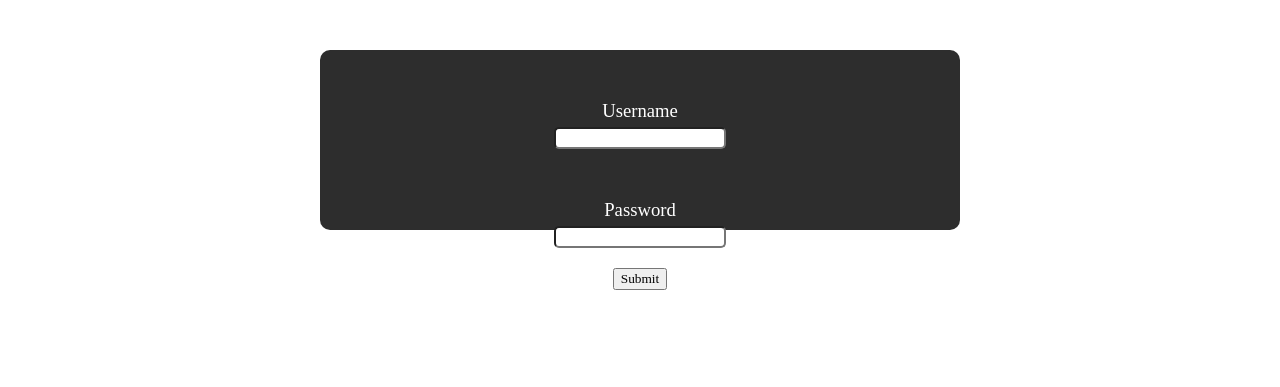
Repository: rdf004/playfab_blackjack
Page: /
These files come from the project's save history. The page is drawn as it stood at one moment and after the next save; the edit follows.
The browser window is 1280 px wide. The pictures show the whole page.
Some web fonts or font styles are not loaded; a fallback is used. The project was rebuilt for these pictures with package versions that can differ from the ones it lists, and the page was loaded fresh each time. Also part of the build but not shown: src/Components/App.js.

Above is the page before, as saved 2020-05-07 20:28:18.

### src/index.js
import React from 'react';
import ReactDOM from 'react-dom';
import './Style/style.css';
import App from './Components/App';
import Login from './Components/Login';
import * as serviceWorker from './serviceWorker';

ReactDOM.render(
  <React.StrictMode>
    <Login />
  </React.StrictMode>,
  document.getElementById('root')
);

// If you want your app to work offline and load faster, you can change
// unregister() to register() below. Note this comes with some pitfalls.
// Learn more about service workers: https://bit.ly/CRA-PWA
serviceWorker.unregister();

### src/Style/style.css
.login-page {

}

.login-div {
    background-color: #2D2D2D;
    width: 50vw;
    height: 25vh;
    display: grid;
    text-align: center;
    grid-template-columns: 100%;
    margin: auto;
    margin-top: 50px;

    border-radius: 10px;
}

.form-div {
    margin-top: 50px;
}

.login-form {
    margin: auto;
}

.login-item {
    margin: auto;
    color: white;
}

.login-button {
    margin: 20px auto;
}

.login-input {
    border-radius: 5px;
}

.login-field {
    margin: 5px;
    font-size: 14pt;
}


html, body {
    margin:0;
    padding:0;
    width:100%;
    height:100%;
    overflow: auto;
}

@font-face {
    font-family: "San Francisco";
    font-weight: 400;
    src: url("https://applesocial.s3.amazonaws.com/assets/styles/fonts/sanfrancisco/sanfranciscodisplay-regular-webfont.woff");
}

* {
    font-family: "San Francisco";
}

### src/Components/Login.js
import React from 'react';
import '../Style/style.css';

class Login extends React.Component {

    render() {
        return(
            <div className="login-page">
                <div className="login-div">
                    <form className="login-form">
                        <div className="form-div">
                            <label className="login-item">
                                <p className="login-field">Username</p>
                                <input className="login-input" type="text" name="username" />
                            </label>
                        </div>
                        <div className="form-div">
                            <label className="login-item">
                                <p className="login-field">Password</p>
                                <input className="login-input" type="text" name="password" />
                            </label>
                        </div>
                        <input className="login-button" type="submit" value="Submit" />
                    </form>
                </div>
            </div>
        );
    }

}

export default Login;

Loaded but not shown: public/index.html (common file); src/serviceWorker.js (common file)

After the next save:
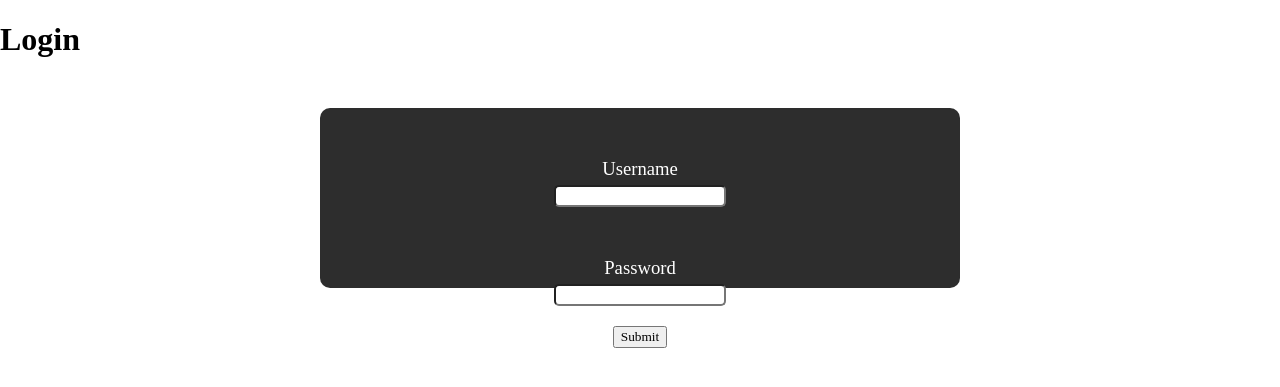
Saved 19 s later.
--- a/src/Components/Login.js
+++ b/src/Components/Login.js
@@ -6,6 +6,9 @@ class Login extends React.Component {
     render() {
         return(
             <div className="login-page">
+                <div>
+                    <h1>Login</h1>
+                </div>
                 <div className="login-div">
                     <form className="login-form">
                         <div className="form-div">
